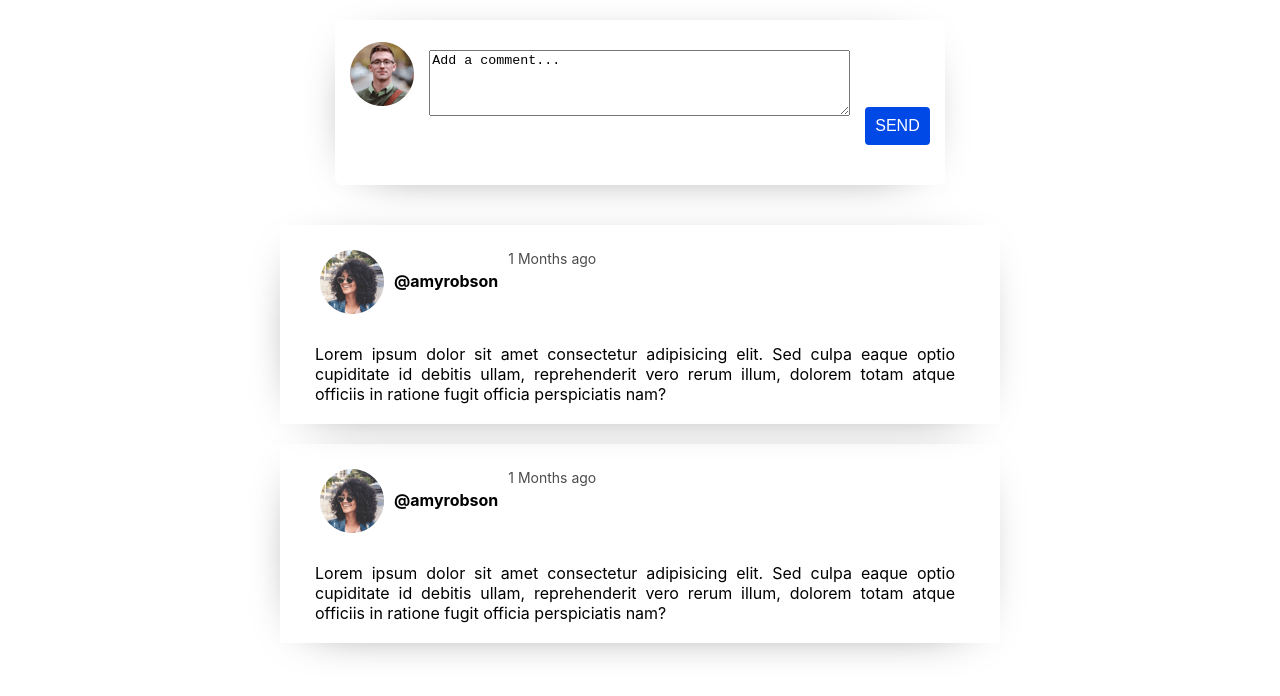
Repository: badhon252/interactive-comments-section
Page: /
The author's editor kept a copy of each file at every save. The page is drawn from the files as they stood at one save, then again after the next save.
The browser window is 1280 px wide. The pictures show the whole page.
The project was rebuilt for these pictures with package versions that can differ from the ones it lists, and the page was loaded fresh each time.

Above is the page before, as saved 2022-01-27 22:46:20.

### public/index.html
<!DOCTYPE html>
<html lang="en">

<head>
  <meta charset="utf-8" />
  <link rel="icon" href="%PUBLIC_URL%/favicon.ico" />
  <meta name="viewport" content="width=device-width, initial-scale=1" />
  <meta name="theme-color" content="#000000" />
  <meta name="description" content="Web site created using create-react-app" />
  <link rel="apple-touch-icon" href="%PUBLIC_URL%/logo192.png" />

  <link rel="manifest" href="%PUBLIC_URL%/manifest.json" />

  <title>interactive-comments-section</title>
</head>

<body>
  <noscript>You need to enable JavaScript to run this app.</noscript>
  <div id="root"></div>

</body>

</html>

### src/App.js
import WriteComments from "./components/WriteComments";
// import WriteComments from "./components/WriteComments";

function App() {
  return (
    <div className="App">
      <WriteComments />
    </div>
  );
}

export default App;

### src/components/WriteComments.js
import React from "react";
import "../App.css";
import Avatar from "../images/avatars/image-juliusomo.png";
import Comments from "./Comments";
export default function WriteComments() {
  return (
    <div className="main-div">
      <div className="comment-input ">
        <form action="" className="comment-section shadow">
          <img src={Avatar} alt="images" className="my-img" />
          <textarea name="" id="" rows="4" cols="50">
            Add a comment...
          </textarea>
          <button className="submit-btn">SEND</button>
        </form>{" "}
      </div>
      <Comments />
      <Comments />
    </div>
  );
}

### src/App.css
.main-div {
  /* width: 40rem; */
  /* margin: auto; */
}
.comment-input {
  display: flex;
  justify-content: center;
}
.comment-section {
  padding: 15px;
  margin: 20px;
  border-radius: 7px;
}

.submit-btn {
  background-color: rgb(0, 73, 231);
  color: white;
  border: none;
  border-radius: 4px;
  font-size: 1rem;
  padding: 10px;
  margin-bottom: 25px;
  /* align-items: flex-start; */
}

.my-img {
  max-width: 80%;
  margin-bottom: 25px;
}
textarea {
  margin: 15px;
}

.shadow {
  box-shadow: -3px 7px 54px -36px rgba(0, 0, 0, 1);
  -webkit-box-shadow: -3px 7px 54px -36px rgba(0, 0, 0, 1);
  -moz-box-shadow: -3px 7px 54px -36px rgba(0, 0, 0, 1);
}

/* single comment section ==== */
.comments {
  margin: 20px auto;
  width: 45rem;
  text-align: justify;
}
.profile-info {
  display: flex;
  /* justify-content: left; */
  padding: 25px 0 10px 40px;
}
.random-img {
  max-width: 100%;
}
.name {
  padding: 0 10px;
}
.single-comment {
  width: 40rem;
  padding: 0 15px 20px 15px;
  margin: 20px;
}

.time {
  font-size: 14px;
  opacity: 70%;
}

### src/components/Comments.js
import React from "react";
import avartar from "../images/avatars/image-amyrobson.png";
const Comments = () => {
  return (
    <div className="comments shadow">
      <div className="profile-info">
        <img src={avartar} alt="" className="random-img" />
        <h4 className="name">@amyrobson</h4>
        <span className="time"> 1 Months ago</span>
      </div>

      <p className="single-comment">
        Lorem ipsum dolor sit amet consectetur adipisicing elit. Sed culpa eaque
        optio cupiditate id debitis ullam, reprehenderit vero rerum illum,
        dolorem totam atque officiis in ratione fugit officia perspiciatis nam?
      </p>
    </div>
  );
};

export default Comments;

Loaded but not shown: src/index.js (common file); src/index.css (common file); src/reportWebVitals.js (common file)

After the next save:
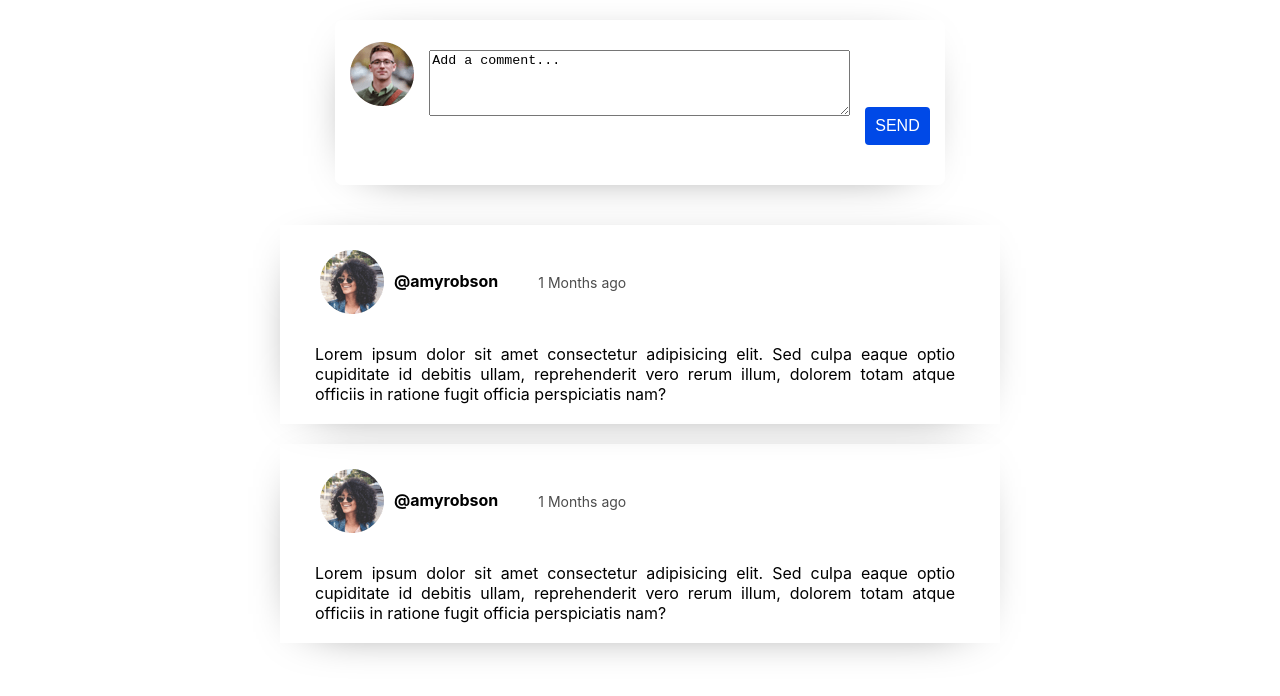
Saved 67 s later.
--- a/src/App.css
+++ b/src/App.css
@@ -63,4 +63,6 @@ textarea {
 .time {
   font-size: 14px;
   opacity: 70%;
+  padding-top: 24px;
+  padding-left: 30px;
 }
